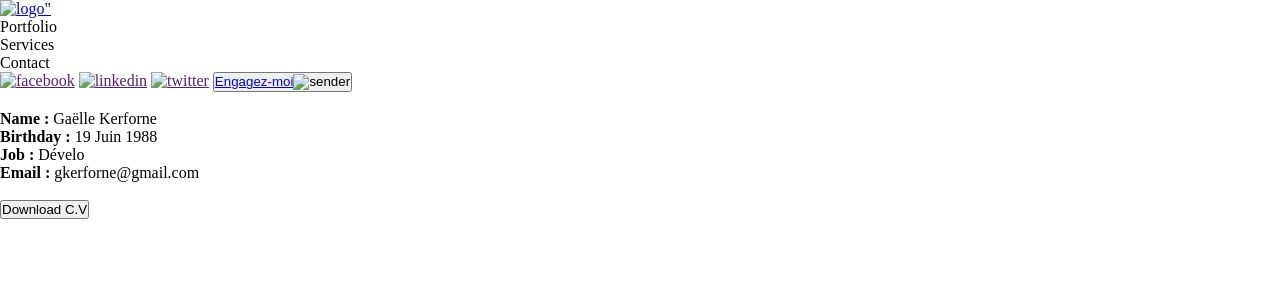
Repository: helfina/my_SiteWeb_gaelle-kfe
Page: index.html
These files come from the project's save history. The page is drawn as it stood at one moment and after a run of saves; the edit follows.
The browser window is 1280 px wide. The pictures show the whole page.

Above is the page before, as saved 2020-11-08 11:30:16.

After the next 2 saves:
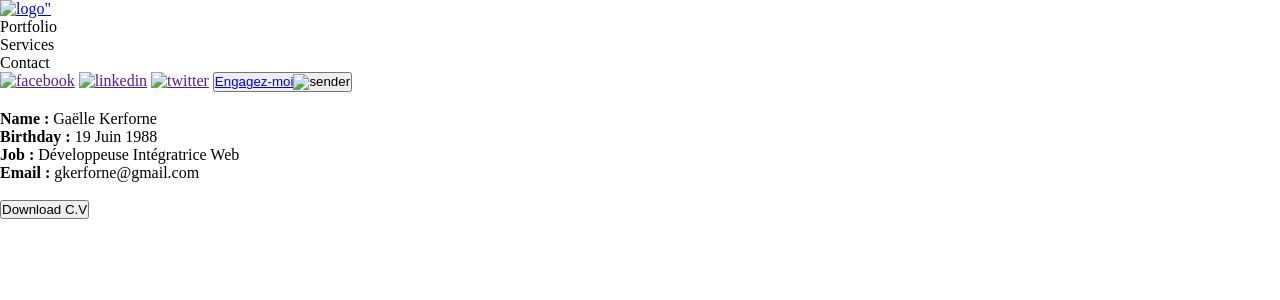
The 2 saves are shown as one change because they came seconds apart.
The last was saved 10 s later.
--- a/index.html
+++ b/index.html
@@ -37,7 +37,7 @@
             <ul>
                 <li><strong>Name : </strong> Gaëlle Kerforne</li>
                 <li><strong>Birthday : </strong> 19 Juin 1988</li>
-                <li><strong> Job : </strong> Dévelo</li>
+                <li><strong> Job : </strong> Développeuse Intégratrice Web</li>
                 <li><a href="mailto:gkerforne@gmail.com"></a><strong>Email : </strong> gkerforne@gmail.com</li>
                 <li><a href="tel:0786598911"></a><strong></strong></li>
             </ul>
